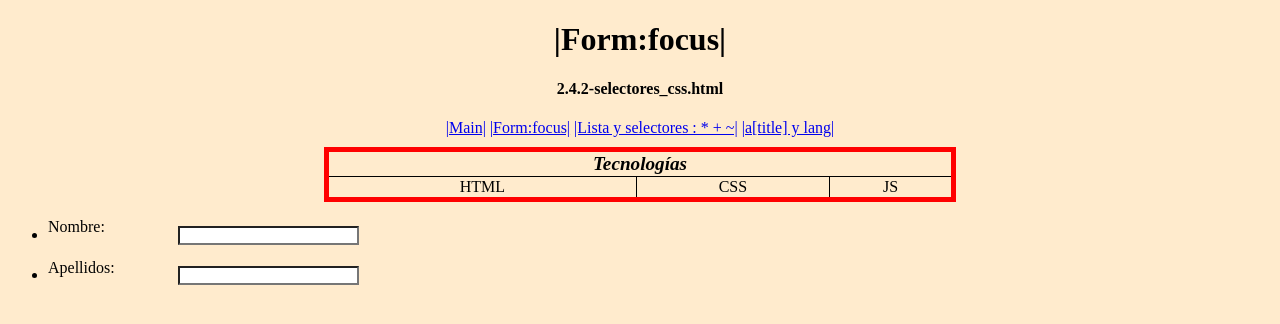
Repository: cesarsant0203/My_Study
Page: Introducción al desarrollo web/2-Css/2.4.2-selectores_css.html
An editor plug-in stored every save of this project. The page is shown before and after a run of saves, followed by the edit.
The browser window is 1280 px wide. The pictures show the whole page.

Above is the page before, as saved 2020-04-28 17:20:07.

### Introducción al desarrollo web/2-Css/2.4.2-selectores_css.html
<!DOCTYPE html>
<html lang="es">

<head>
    <meta charset="utf-8" />
    <title> Selectores CSS </title>
    <link href="2.4.2-selectores_css.css" rel="stylesheet" />
</head>

<body>

    <h1 id="titulo">|Form:focus|</h1>
    <h4>2.4.2-selectores_css.html</h4>
    <section id="mySection" class="box">
        <nav>
            <a href="2.4-selectores_css.html">|Main|</a>
            <a href="2.4.2-selectores_css.html">|Form:focus|</a>
            <a href="2.4.3-selectores_css.html">|Lista y selectores : * + ~|</a>
            <a href="2.4.4-selectores_css.html">|a[title] y lang|</a>
        </nav>
    </section>
    <section>
        <table id="tec">
            <thead>
        <td colspan="3"><em><strong>Tecnologías</strong></em></td>
    </thead>
    <tbody>
        <tr>
        <td>HTML</td>
        <td>CSS</td>
        <td>JS</td>
    </tr>
    </tbody>
    </table>
    </section>
    <article>
        <form action="...">
            <ul>
                <li>
                <label for="name">Nombre:</label>
                <input type="text" id="name"/>
            </li>
                <li>
                <label for="sname">Apellidos:</label>
                <input type="text" id="sname"/>
            </li>
            </ul>
        </form>
    </article>

</body>

</html>

### Introducción al desarrollo web/2-Css/2.4.2-selectores_css.css
*{
    background-color: blanchedalmond;
}
h1#titulo, h4, section#mySection {
    text-align: center;
}
table#tec {
    border: red 5px solid;
    border-collapse: collapse;
    width: 50%;
    text-align: center;
    margin-left: auto;
    margin-right: auto;
    margin-top: 10px;
}
thead {
    font-size: larger;
}
td{
    border: black 1px solid;
}
form :focus {
    border: 5px solid rgb(0,0,0);
}
p:first-of-type{
    font-weight: bold;
}
li {
    margin: .4em 0;
  }
  li label {
    width: 10%;
    float: left;
  }
input#name, input#sname{
    background-color: white;
        margin: 0.2cm;
        padding: 0%;
}

After the next 2 saves:
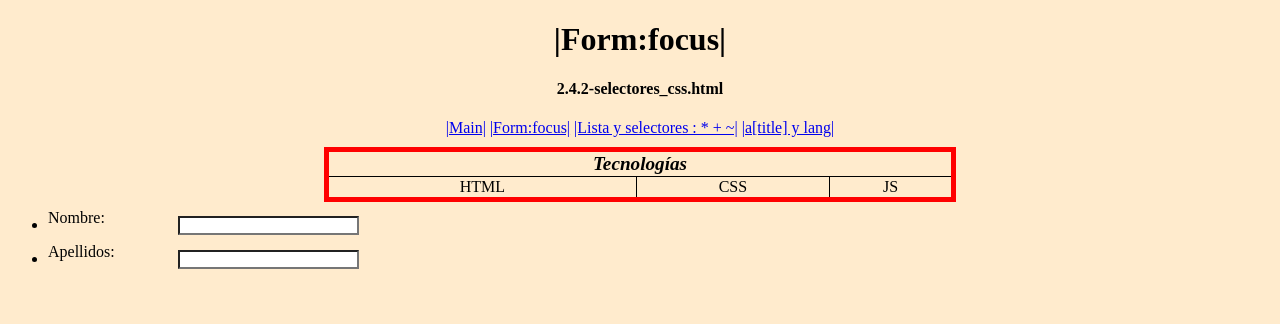
The 2 saves are shown as one change because they came seconds apart.
The last was saved 23 s later.
--- a/Introducción al desarrollo web/2-Css/2.4.2-selectores_css.css
+++ b/Introducción al desarrollo web/2-Css/2.4.2-selectores_css.css
@@ -25,7 +25,7 @@ form :focus {
 p:first-of-type{
     font-weight: bold;
 }
-li {
+ul {
     margin: .4em 0;
   }
   li label {

After the save that followed:
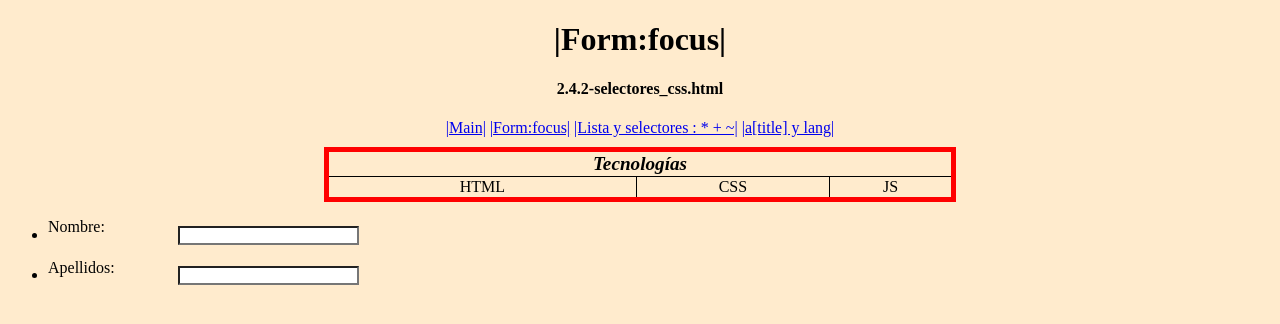
Saved 12 s later.
--- a/Introducción al desarrollo web/2-Css/2.4.2-selectores_css.css
+++ b/Introducción al desarrollo web/2-Css/2.4.2-selectores_css.css
@@ -25,7 +25,7 @@ form :focus {
 p:first-of-type{
     font-weight: bold;
 }
-ul {
+li {
     margin: .4em 0;
   }
   li label {
